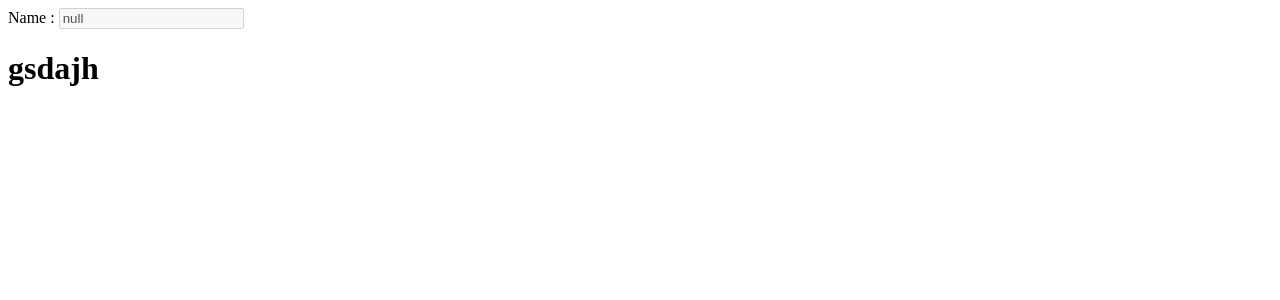
Repository: Ramakrishnmagadum/Servlet
Page: http://localhost/JSP_CRUD_Project/edituser.jsp
An editor plug-in stored every save of this project. The page is shown before and after the next save, followed by the edit.
The browser window is 1280 px wide. The pictures show the whole page.
The page is served by Tomcat 9. Queries for data that is not in the repository find no rows.

Above is the page before, as saved 2025-02-28 17:45:54.

After the next save:
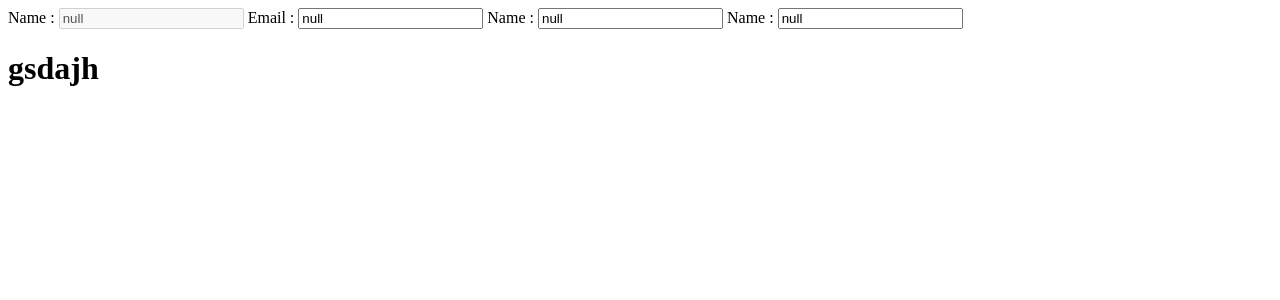
Saved 85 s later.
--- a/JSP_CRUD_Project/src/main/webapp/edituser.jsp
+++ b/JSP_CRUD_Project/src/main/webapp/edituser.jsp
@@ -12,9 +12,15 @@
 <%String name =request.getParameter("name");
 StudentsBean bean=DAO.getrecord(name);
 String name2 =bean.getName();
+String email =bean.getEmail();
+String country =bean.getCountry();
+String sex =bean.getSex();
 %>
 <form action="edituser2.jsp" method="post">
 Name : <input type="text" name="name" value="<%=name2%>" disabled="disabled">
+Email : <input type="text" name="name" value="<%=email%>" >
+Name : <input type="text" name="name" value="<%=country%>" >
+Name : <input type="text" name="name" value="<%=sex%>" >
 </form>
 <h1>gsdajh</h1>
 
